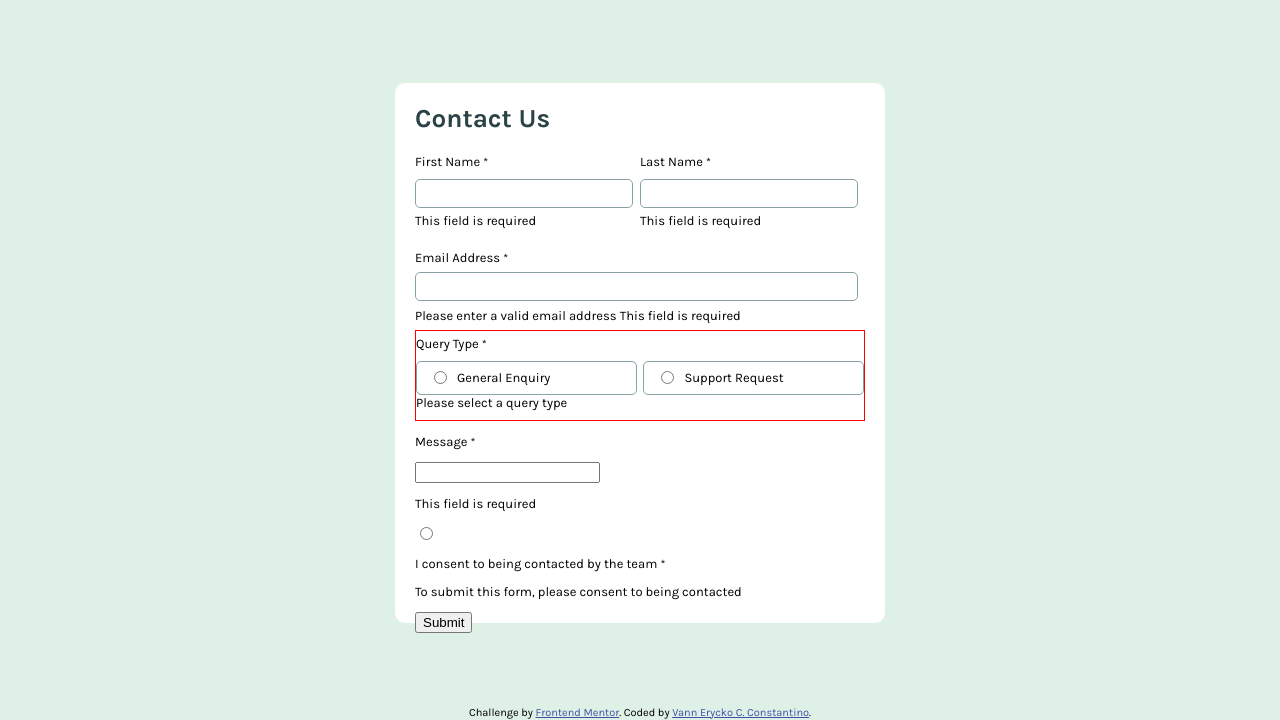
Repository: kocokoy/contact-form
Page: contact-form-main/index.html
These files come from the project's save history. The page is drawn as it stood at one moment and after the next save; the edit follows.
The browser window is 1280 px wide. The pictures show the whole page.

Above is the page before, as saved 2024-10-24 10:20:52.

After the next save:
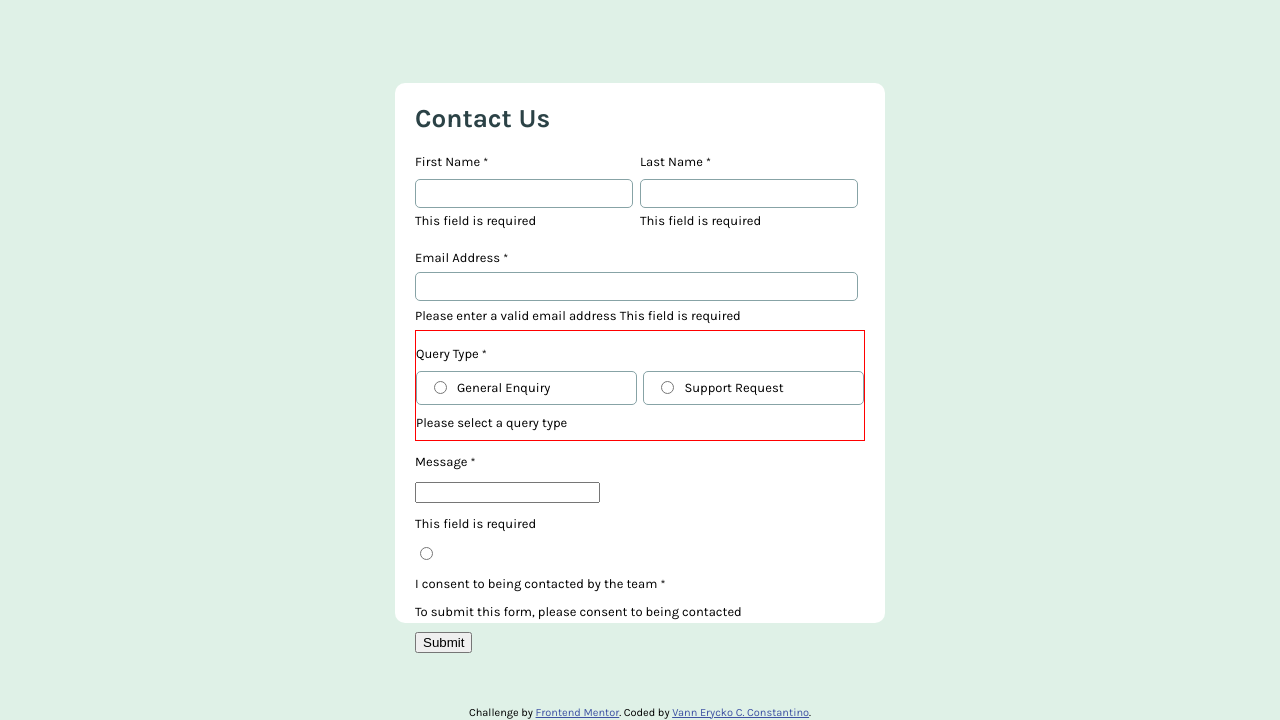
Saved 24 s later.
--- a/contact-form-main/styles/style.css
+++ b/contact-form-main/styles/style.css
@@ -96,7 +96,7 @@ span {
 }
 
 .query-type-section p{
-  padding-bottom: 10px;
+  padding: 10px 0;
   margin: 0;
 }
 
